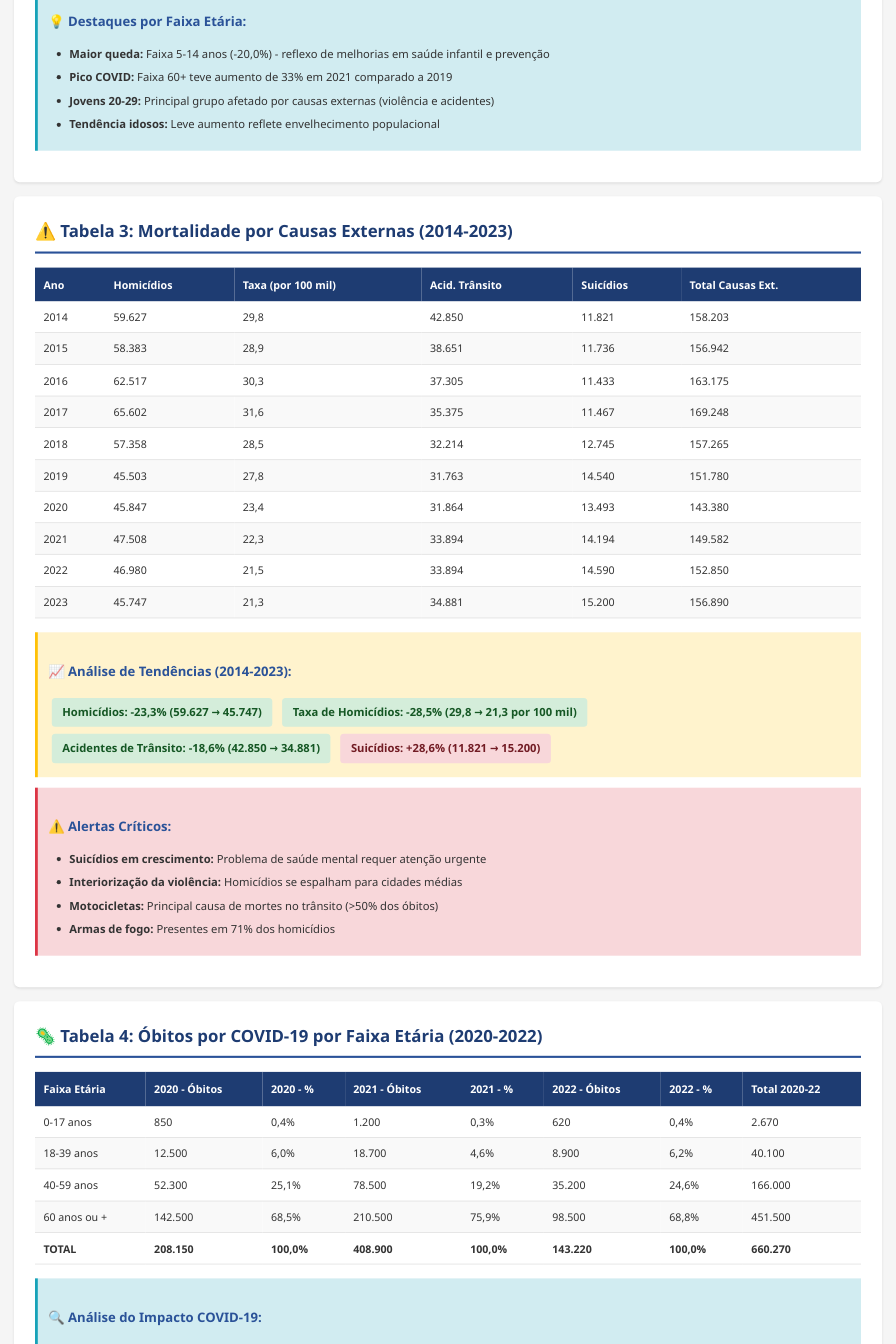
Repository: araguaci/serie-demografica
Page: index.html
The author's editor kept a copy of each file at every save. The page is drawn from the files as they stood at one save, then again after the next save.
The browser window is 1280 px wide. The pictures show the part of the page from y = 2355 to 4275 px (the page is 10362 px tall before and 11260 px after), at 70% of full size.

Above is the page before, as saved 2025-11-24 17:55:11.

After the next save:
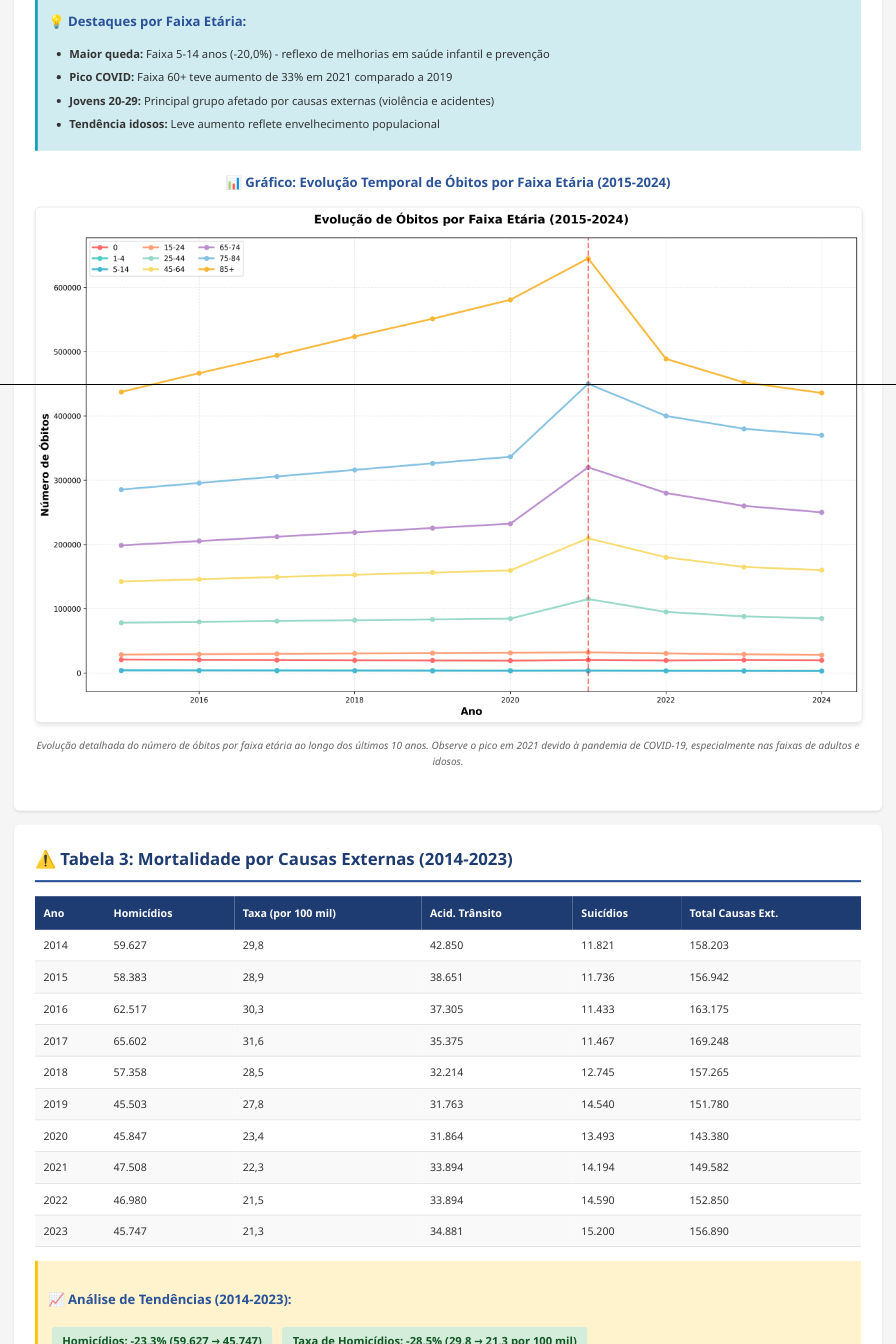
Saved 10 s later.
--- a/index.html
+++ b/index.html
@@ -243,6 +243,12 @@
             <li><strong>Tendência idosos:</strong> Leve aumento reflete envelhecimento populacional</li>
         </ul>
     </div>
+
+    <div class="chart-container">
+        <h3>📊 Gráfico: Evolução Temporal de Óbitos por Faixa Etária (2015-2024)</h3>
+        <img src="serie_temporal_faixas_etarias.png" alt="Série Temporal de Óbitos por Faixa Etária no Brasil (2015-2024)" class="chart-image">
+        <p class="chart-caption">Evolução detalhada do número de óbitos por faixa etária ao longo dos últimos 10 anos. Observe o pico em 2021 devido à pandemia de COVID-19, especialmente nas faixas de adultos e idosos.</p>
+    </div>
 </div>
 
 <div class="section">
